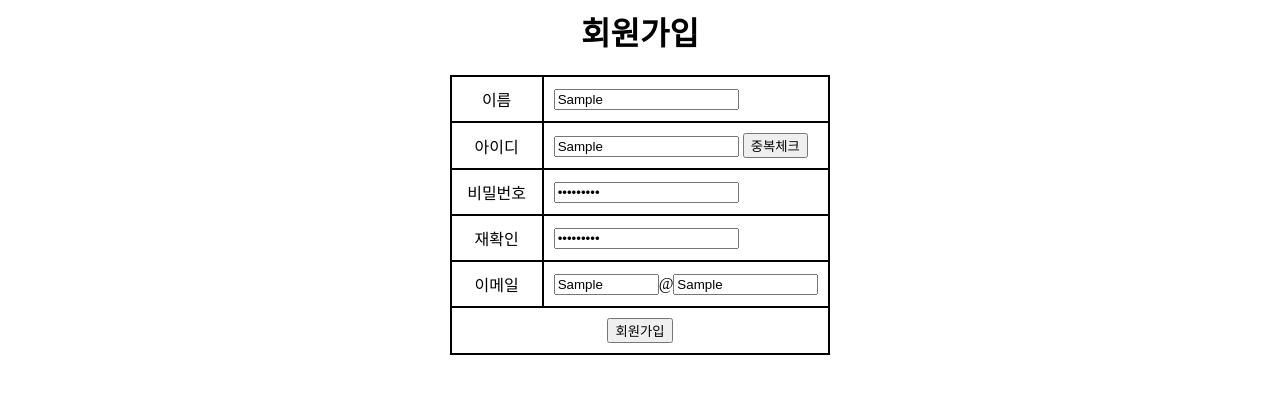
Repository: CHANGMAN-LEE/Java_ee
Page: http://localhost/test/template/write.jsp
These files come from the project's save history. The page is drawn as it stood at one moment and after the next save; the edit follows.
The browser window is 1280 px wide. The pictures show the whole page.
Empty fields were first filled with sample values (such as "Sample", 5 or name@example.com).
After loading, the first visible `#checkWriteForm` was clicked once.
The page is served by Tomcat 9.

Above is the page before, as saved 2020-07-09 07:10:00.

### workspace/test/WebContent/template/write.jsp
<%@ page language="java" contentType="text/html; charset=UTF-8"
	pageEncoding="UTF-8"%>

<h1 align="center">회원가입</h1>
<form name="writeForm" method="post" action="/miniProject/member/write.do">
	<table align="center" border="1" cellspacing="0" cellpadding="10"
		bordercolor="black" bgcolor="">
		<tr>
			<td width="70" align="center">이름</td>
			<td>
				<input type="text" name="name" id="name" placeholder="이름 입력">
				<div id="nameDiv"></div>
			</td>
		</tr>

		<tr>
			<td align="center">아이디</td>
			<td>
				<input type="text" name="id" id="id" placeholder="아이디 입력">
				<input type="button" value="중복체크" id="checkId">
				<input type="hidden" name="check" value="" id="check">
				<div id="idDiv"></div>
			</td>
		</tr>

		<tr>
			<td align="center">비밀번호</td>
			<td>
				<input type="password" name="pwd" id="pwd">
				<div id="pwdDiv"></div>
			</td>
		</tr>

		<tr>
			<td align="center">재확인</td>
			<td>
				<input type="password" name="repwd" id="repwd">
				<div id="repwdDiv"></div>
			</td>
		</tr>

		<tr>
			<td align="center">이메일</td>
			<td><input type="text" size="10" name="email1">@<input
				size="15" name="email2" list="defaultEmails"
				placeholder="ex) gmail.com"> <datalist id="defaultEmails">
					<option value="naver.com">
					<option value="gmail.com">
					<option value="daum.net">
				</datalist></td>
		</tr>

		<tr>
			<td colspan="2" align="center">
				<input type="button"value="회원가입" id="checkWriteForm">
			</td>
		</tr>
	</table>
</form>
<script type="text/javascript" src="http://code.jquery.com/jquery-3.5.1.min.js"></script>
<script type="text/javascript">
$(document).ready(function(){
	$('div[class=nameDiv]').empty();
	$('div[class=idDiv]').empty();
	$('div[class=pwdDiv]').empty();
	$('div[class=repwdDiv]').empty();

	$('#checkId').click(function(){

	});

	$('#checkWriteForm').click(function(){
		if($('input[class=name]').val() == ''){
			$('div[class=nameDiv]').text('이름 입력하세요.');
			$('div[class=nameDiv]').css('color', 'red');
			$('div[class=nameDiv]').css('font-size', '8pt');
			$('div[class=nameDiv]').css('font-weight', 'bold');
			$('input[class=name]').focus();
		}
	});
});
</script>

After the next save:
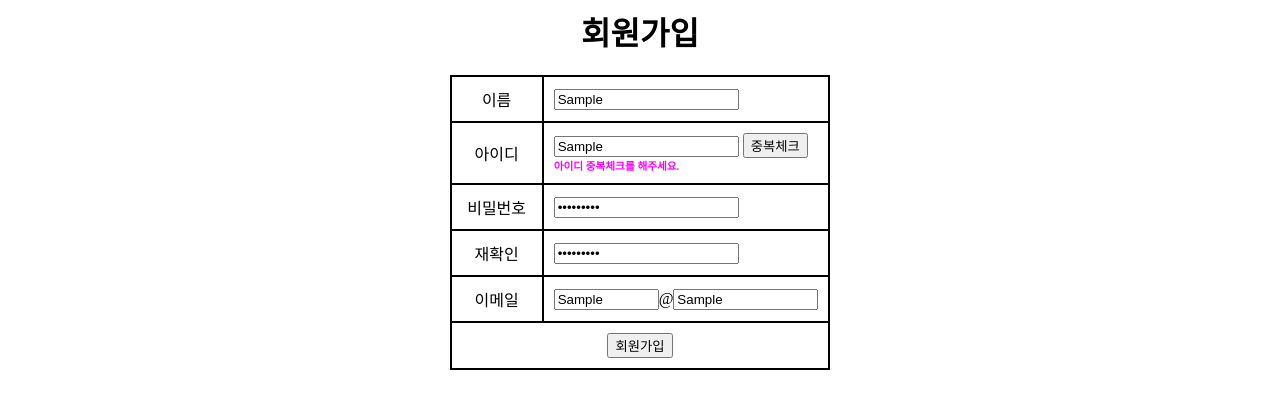
Saved 3 min 20 s later.
--- a/workspace/test/WebContent/template/write.jsp
+++ b/workspace/test/WebContent/template/write.jsp
@@ -60,22 +60,52 @@
 <script type="text/javascript" src="http://code.jquery.com/jquery-3.5.1.min.js"></script>
 <script type="text/javascript">
 $(document).ready(function(){
-	$('div[class=nameDiv]').empty();
-	$('div[class=idDiv]').empty();
-	$('div[class=pwdDiv]').empty();
-	$('div[class=repwdDiv]').empty();
-
 	$('#checkId').click(function(){
 
 	});
 
 	$('#checkWriteForm').click(function(){
-		if($('input[class=name]').val() == ''){
-			$('div[class=nameDiv]').text('이름 입력하세요.');
-			$('div[class=nameDiv]').css('color', 'red');
-			$('div[class=nameDiv]').css('font-size', '8pt');
-			$('div[class=nameDiv]').css('font-weight', 'bold');
-			$('input[class=name]').focus();
+		$('#nameDiv').empty();
+		$('#idDiv').empty();
+		$('#pwdDiv').empty();
+		$('#repwdDiv').empty();
+
+		if ($('#name').val() == '') {
+			$('#nameDiv').text('이름을 입력하세요.');
+			$('#nameDiv').css('color', 'red');
+			$('#nameDiv').css('font-size', '8pt');
+			$('#nameDiv').css('font-weight', 'bold');
+			$('#nameDiv').focus();
+		} else if ($('#id').val() == '') {
+			$('#idDiv').text('아이디를 입력하세요.');
+			$('#idDiv').css('color', 'red');
+			$('#idDiv').css('font-size', '8pt');
+			$('#idDiv').css('font-weight', 'bold');
+			$('#idDiv').focus();
+		} else if ($('#pwd').val() == '') {
+			$('#pwdDiv').text('비밀번호를 입력하세요.');
+			$('#pwdDiv').css('color', 'red');
+			$('#pwdDiv').css('font-size', '8pt');
+			$('#pwdDiv').css('font-weight', 'bold');
+			$('#pwdDiv').focus();
+		} else if ($('#pwd').val() != $('#repwd').val()) {
+			$('#repwdDiv').text('입력하신 비밀번호가 일치하지 않습니다.');
+			$('#repwdDiv').css('color', 'red');
+			$('#repwdDiv').css('font-size', '8pt');
+			$('#repwdDiv').css('font-weight', 'bold');
+			$('#repwdDiv').focus();
+		} else if ($('#check').val() != $('#id').val()) {
+			$('#idDiv').text('아이디 중복체크를 해주세요.');
+			$('#idDiv').css('color', 'magenta');
+			$('#idDiv').css('font-size', '8pt');
+			$('#idDiv').css('font-weight', 'bold');
+			$('#idDiv').focus();
+		}else if (document.writeForm.name.value != ""
+				&& document.writeForm.id.value != ""
+				&& document.writeForm.pwd.value == document.writeForm.repwd.value
+				&& document.writeForm.id.value == document.writeForm.check.value) {
+			alert("가입성공!!");
+			location.href="../test/indexMain.jsp";
 		}
 	});
 });
